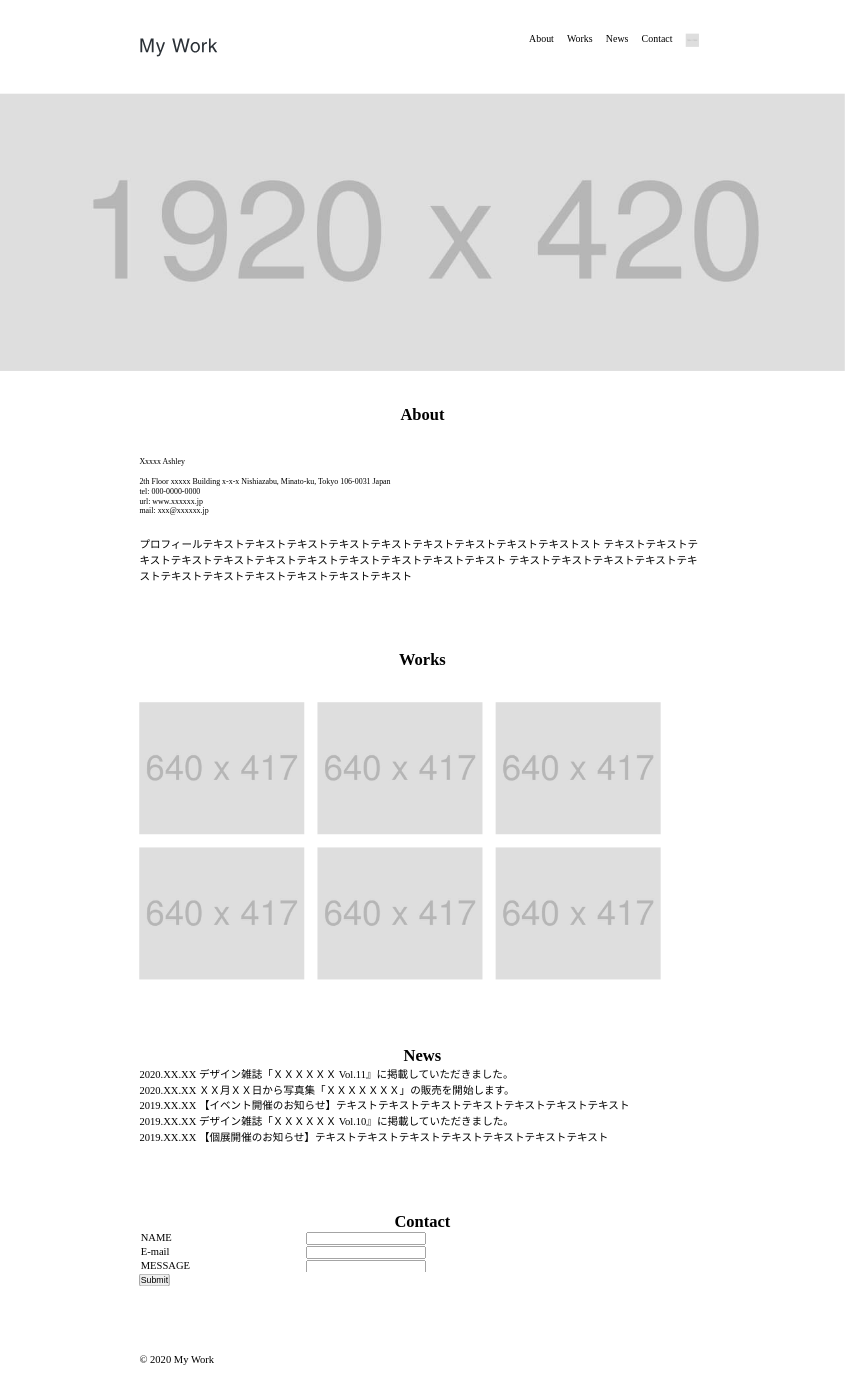
Repository: n19880405nick/challenge
Page: Codestep/My work/mywork.html
The author's editor kept a record of every edit. The page is drawn from the files as they stood at one moment, then again after the next edit.
The browser window is 1280 px wide. The pictures show the whole page, at 66% of full size.

Above is the page before.

### Codestep/My work/mywork.html
<!DOCTYPE html>
<html lang="ja">
  <head>
    <meta charset="UTF-8">
    <meta name="viewport" content="width=device-width, initial-scale=1.0">
    <title>My Work</title>
    <link rel="stylesheet" href="mywork.css">
    <link rel="shortcut icon" href="img/favicon.ico">
  </head>

  <body>
    <header>
      <a href=""><img class="logo" src="img/logo.svg"></a>
      <nav>
        <ul>
          <li><a href="#about">About</a></li>
          <li><a href="#works">Works</a></li>
          <li><a href="#news">News</a></li>
          <li><a href="#contact">Contact</a></li>
          <li><a href="https://www.instagram.com">
            <img class="icon" src="img/icon-instagram.png">
          </a></li>
        </ul>
      </nav>
    </header>

    <main>
      <div class="main-visual"></div>

      <div id="about">
        <span class="title">About</span>
        <span class="profile">
          Xxxxx Ashley<br>
          <br>
          2th Floor xxxxx Building x-x-x Nishiazabu, Minato-ku, Tokyo 106-0031 Japan<br>
          tel: 000-0000-0000<br>
          url: www.xxxxxx.jp<br>
          mail: xxx@xxxxxx.jp
        </span>
        <span class="text">
          プロフィールテキストテキストテキストテキストテキストテキストテキストテキストテキストスト
          テキストテキストテキストテキストテキストテキストテキストテキストテキストテキストテキスト
          テキストテキストテキストテキストテキストテキストテキストテキストテキストテキストテキスト
        </span>
      </div>

      <div id="works">
        <span class="title">Works</span>
        <div class="works-images">
          <div class="works-image"></div>
          <div class="works-image"></div>
          <div class="works-image"></div>
          <div class="works-image"></div>
          <div class="works-image"></div>
          <div class="works-image"></div>
        </div>
      </div>

      <div id="news">
        <span class="title">News</span>
        <div class="article">
          <span class="article-date">2020.XX.XX</span>
          <span class="article-title">デザイン雑誌「ＸＸＸＸＸＸ Vol.11』に掲載していただきました。</span>
        </div>
        <div class="article">
          <span class="article-date">2020.XX.XX</span>
          <span class="article-title">ＸＸ月ＸＸ日から写真集「ＸＸＸＸＸＸＸ」の販売を開始します。</span>
        </div>
        <div class="article">
          <span class="article-date">2019.XX.XX</span>
          <span class="article-title">【イベント開催のお知らせ】テキストテキストテキストテキストテキストテキストテキスト</span>
        </div>
        <div class="article">
          <span class="article-date">2019.XX.XX</span>
          <span class="article-title">デザイン雑誌「ＸＸＸＸＸＸ Vol.10』に掲載していただきました。</span>
        </div>
        <div class="article">
          <span class="article-date">2019.XX.XX</span>
          <span class="article-title">【個展開催のお知らせ】テキストテキストテキストテキストテキストテキストテキスト</span>
        </div>
      </div>

      <div id="contact">
        <span class="title">Contact</span>
        <table class="contact-table">
          <tbody>
            <tr>
              <td>NAME</td>
              <td>
                <input type="text" class="contact-name">
              </td>
            </tr>
            <tr>
              <td>E-mail</td>
              <td>
                <input type="email" class="contact-email">
              </td>
            </tr>
            <tr>
              <td>MESSAGE</td>
              <td>
                <input type="text" class="contact-message">
              </td>
            </tr>
          </tbody>
        </table>
        <div class="submit">
          <input type="submit" class="contact-submit" >
        </div>
      </div>

    </main>
    <footer>
      <span class="copyrights">© 2020 My Work</span>
    </footer>
  </body>
</html>

### Codestep/My work/mywork.css
*{
  margin: 0;
  padding: 0;
  box-sizing: border-box;
}

header, #about, #works, #news, #contact, footer{
  margin: 0 auto;
  width: 960px;
  padding: 4%;
}

header{
  display: flex;
}

nav{
  margin-left: auto;
}

ul{
  display: flex;
  list-style: none;
}

li{
  margin: 0 10px;
  font-size: 15px;
}

a{
  color: black;
  text-decoration: none;
}

.icon{
  width: 20px;
  height: 20px;
}

.main-visual{
  width: 100%;
  height: 420px;
  background-image: url("img/mainvisual-pc.jpg");
  background-size: cover;
  background-position: center;
}

#about, #works, #news, #contact{
  display: flex;
  flex-direction: column;
}

.title{
  font-size: 25px;
  font-weight: bold;
  text-align: center;
}

.profile{
  font-size: 12px;
  margin: 50px 0 30px;
}

.works-images{
  margin-top: 50px;
  display: flex;
  flex-wrap: wrap;
}

.works-image{
  width: 250px;
  height: 200px;
  background-size: cover;
  background-position: center;
}

.works-image:nth-child(1){
  background-image: url("img/works1.jpg");
}

.works-image:nth-child(2){
  margin: 0 20px;
  background-image: url("img/works2.jpg");
}

.works-image:nth-child(3){
  background-image: url("img/works3.jpg");
}

.works-image:nth-child(4){
  margin-top: 20px;
  background-image: url("img/works4.jpg");
}

.works-image:nth-child(5){
  margin: 20px 20px 0;
  background-image: url("img/works5.jpg");
}

.works-image:nth-child(6){
  margin-top: 20px;
  background-image: url("img/works6.jpg");
}

After the next edit:
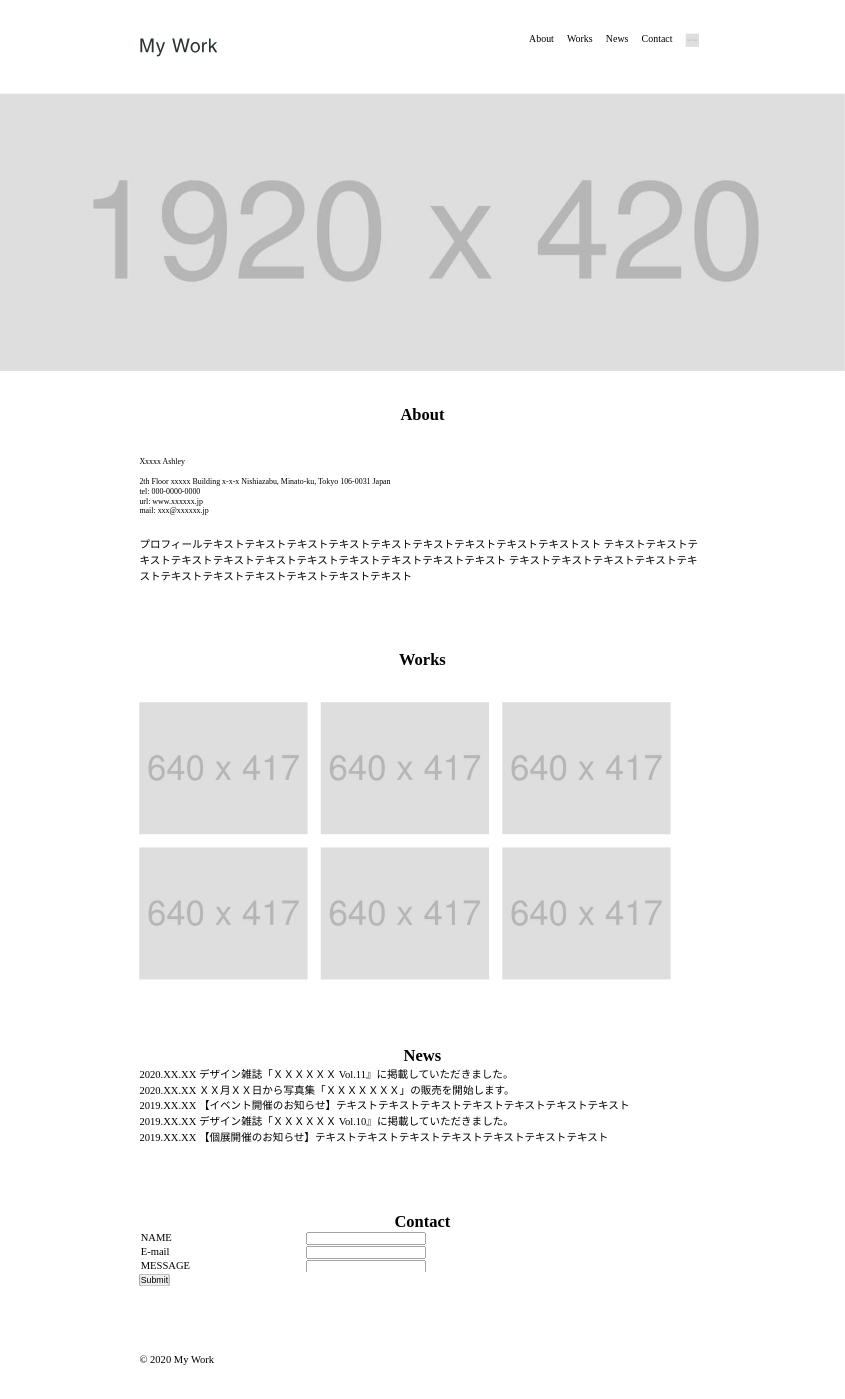
The edit:
--- a/Codestep/My work/mywork.css
+++ b/Codestep/My work/mywork.css
@@ -69,7 +69,7 @@
 }
 
 .works-image{
-  width: 250px;
+  width: 255px;
   height: 200px;
   background-size: cover;
   background-position: center;
